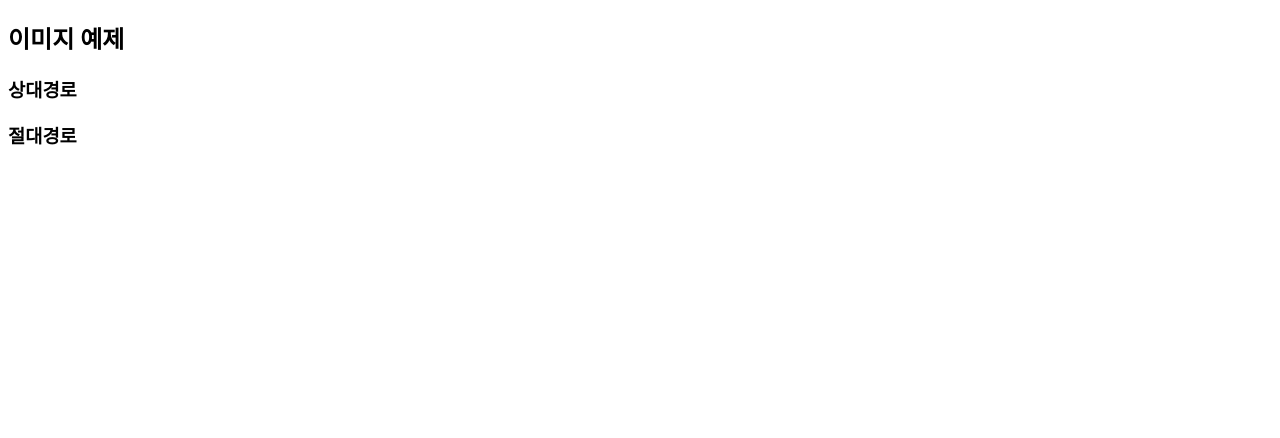
Repository: Cheol-Cheol/KOSA
Page: Kcc_web/Html/WebContent/image.html
An editor plug-in stored every save of this project. The page is shown before and after the next save, followed by the edit.
The browser window is 1280 px wide. The pictures show the whole page.

Above is the page before, as saved 2024-07-08 03:08:34.

### Kcc_web/Html/WebContent/image.html
<!DOCTYPE html>
<html>
<head>
<meta charset="UTF-8">
<title>Insert title here</title>
</head>
<body>
	<h2>이미지 예제</h2>
	<h3>상대경로</h3>
	<h3>절대경로</h3>
</body>
</html>

After the next save:
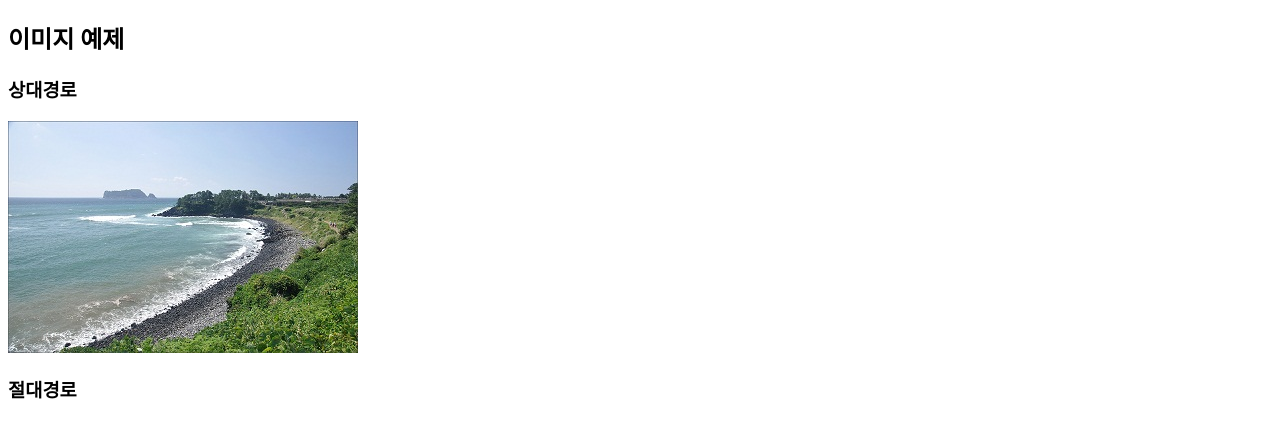
Saved 57 s later.
--- a/Kcc_web/Html/WebContent/image.html
+++ b/Kcc_web/Html/WebContent/image.html
@@ -7,6 +7,7 @@
 <body>
 	<h2>이미지 예제</h2>
 	<h3>상대경로</h3>
+	<img src="images/road1.jpg" alt="" />
 	<h3>절대경로</h3>
 </body>
 </html>
